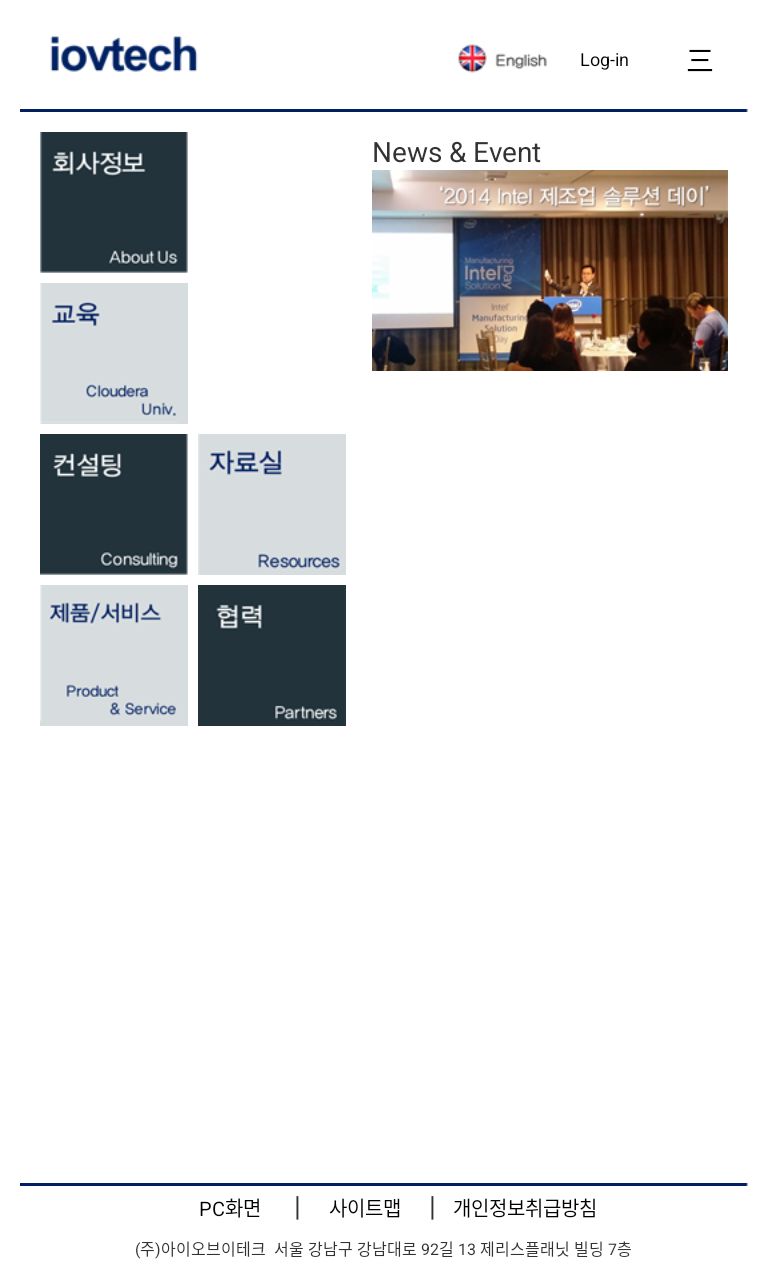
Repository: hyekkyung/CDH_Tutorials
Layout: Mobile_IOV/res/layout/test_page_0.xml
An editor plug-in stored every save of this project. The layout is shown before and after the next save, followed by the edit.
It is drawn on a 768 x 1280 px phone screen (xhdpi) without system bars, with theme AppTheme; the app's code is not run.

Above is the layout before, as saved 2015-02-02 06:24:18.

### Mobile_IOV/res/layout/test_page_0.xml
<?xml version="1.0" encoding="utf-8"?>
<RelativeLayout xmlns:android="http://schemas.android.com/apk/res/android"
    android:layout_width="match_parent"
    android:layout_height="match_parent"
    android:paddingLeft="10sp"
    android:paddingRight="10sp"
    android:paddingBottom="10sp"
    android:paddingTop="5sp" >

    <LinearLayout
        android:id="@+id/linearLayout1"
        android:layout_width="wrap_content"
        android:layout_height="wrap_content"
        android:layout_alignParentLeft="true"
        android:layout_alignParentRight="true"
        android:layout_alignParentTop="true" >

        <ImageButton
            style="?android:attr/buttonStyleSmall"
            android:layout_width="wrap_content"
            android:layout_height="wrap_content"
            android:background="#FFFFFF"
            android:src="@drawable/logo_03" />

        <ImageButton
       		android:id="@+id/kor_btn"
            style="?android:attr/buttonStyleSmall"
            android:layout_width="wrap_content"
            android:layout_height="wrap_content"
            android:background="#FFFFFF"
            android:layout_weight="0.5"
            android:layout_marginLeft="25sp"
            android:onClick="mOnclick" />

        <ImageView
       		android:id="@+id/lang_btn"
            android:layout_width="wrap_content"
            android:layout_height="wrap_content"
            android:background="@drawable/eng_btn"
            android:paddingLeft="3sp"
            android:onClick="mOnclick"
            android:layout_gravity="center" />

        <Button
            style="?android:attr/buttonStyleSmall"
            android:layout_width="wrap_content"
            android:layout_height="wrap_content"
            android:background="#FFFFFF"
            android:text="Log-in"
            android:textSize="9sp"
            android:layout_gravity="center" />

        <Button
            style="?android:attr/buttonStyleSmall"
            android:layout_width="wrap_content"
            android:layout_height="wrap_content"
            android:background="#FFFFFF"
            android:text="三"
            android:layout_gravity="center" />

    </LinearLayout>

    <ImageView
        android:id="@+id/imageView1"
        android:layout_width="wrap_content"
        android:layout_height="wrap_content"
        android:layout_below="@+id/linearLayout1"
        android:layout_centerHorizontal="true"
        android:src="@drawable/sep_line" />

    <TextView
        android:id="@+id/textView1"
        android:layout_width="wrap_content"
        android:layout_height="wrap_content"
        android:layout_alignParentBottom="true"
        android:layout_centerHorizontal="true"
        android:paddingTop="5sp"
        android:text="(주)아이오브이테크  서울 강남구 강남대로 92길 13 제리스플래닛 빌딩 7층"
        android:textSize="8sp" />

    <LinearLayout
        android:id="@+id/linearLayout2"
        android:layout_width="wrap_content"
        android:layout_height="wrap_content"
        android:layout_above="@+id/textView1"
        android:layout_centerHorizontal="true" >

        <Button
            android:id="@+id/button1"
            android:layout_width="wrap_content"
            android:layout_height="20sp"
            android:background="#FFFFFF"
            android:text=" PC화면 "
            android:textSize="10sp" />

        <TextView
            android:layout_width="wrap_content"
            android:layout_height="wrap_content"
            android:text="|"
            android:textAppearance="?android:attr/textAppearanceSmall" />

        <Button
            android:id="@+id/button2"
            android:layout_width="wrap_content"
            android:layout_height="20sp"
            android:background="#FFFFFF"
            android:text=" 사이트맵 "
            android:textSize="10sp" />

        <TextView
            android:layout_width="wrap_content"
            android:layout_height="wrap_content"
            android:text="| "
            android:textAppearance="?android:attr/textAppearanceSmall" />

        <Button
            android:id="@+id/button3"
            android:layout_width="wrap_content"
            android:layout_height="20sp"
            android:background="#FFFFFF"
            android:text="  개인정보취급방침 "
            android:textSize="10sp" />
    </LinearLayout>

    <ImageView
        android:id="@+id/imageView3"
        android:layout_width="wrap_content"
        android:layout_height="wrap_content"
        android:layout_above="@+id/linearLayout2"
        android:layout_alignLeft="@+id/imageView1"
        android:paddingTop="5sp"
        android:src="@drawable/sep_line" />

    <RelativeLayout
        android:layout_width="wrap_content"
        android:layout_height="wrap_content"
        android:layout_alignBottom="@+id/imageView3"
        android:layout_alignParentLeft="true"
        android:layout_alignRight="@+id/imageView3"
        android:layout_below="@+id/imageView1"
        android:paddingLeft="10sp"
        android:paddingRight="10sp"
        android:paddingTop="10sp"
        android:paddingBottom="10sp" >

        <ImageButton
            android:id="@+id/imageButton1"
            android:layout_width="wrap_content"
            android:layout_height="wrap_content"
            android:layout_alignParentRight="true"
            android:layout_below="@+id/textView2"
            android:src="@drawable/event_1"
            android:background="#FFFFFF" />

        <TextView
            android:id="@+id/textView2"
            android:layout_width="wrap_content"
            android:layout_height="wrap_content"
            android:layout_alignLeft="@+id/imageButton1"
            android:layout_alignParentTop="true"
            android:text="News &amp; Event"
            android:textAppearance="?android:attr/textAppearanceSmall" />

        <ImageButton
            android:id="@+id/imageButton2"
            android:layout_width="wrap_content"
            android:layout_height="wrap_content"
            android:layout_alignParentLeft="true"
            android:layout_alignTop="@+id/textView2"
            android:background="#FFFFFF"
            android:src="@drawable/icon_info" />

        <ImageButton
            android:id="@+id/imageButton3"
            android:layout_width="wrap_content"
            android:layout_height="wrap_content"
            android:layout_alignParentLeft="true"
            android:layout_below="@+id/imageButton2"
            android:src="@drawable/icon_edu"
            android:background="#FFFFFF"
            android:paddingTop="5sp" />

        <ImageButton
            android:id="@+id/imageButton4"
            android:layout_width="wrap_content"
            android:layout_height="wrap_content"
            android:layout_alignParentLeft="true"
            android:layout_below="@+id/imageButton3"
            android:src="@drawable/icon_consult"
            android:background="#FFFFFF"
            android:paddingTop="5sp" />

        <ImageButton
            android:id="@+id/imageButton5"
            android:layout_width="wrap_content"
            android:layout_height="wrap_content"
            android:layout_alignParentLeft="true"
            android:layout_below="@+id/imageButton4"
            android:src="@drawable/icon_product"
            android:background="#FFFFFF"
            android:paddingTop="5sp" />

        <ImageButton
            android:id="@+id/imageButton6"
            android:layout_width="wrap_content"
            android:layout_height="wrap_content"
            android:layout_alignTop="@+id/imageButton4"
            android:layout_toRightOf="@+id/imageButton4"
            android:src="@drawable/icon_resource"
            android:background="#FFFFFF"
            android:paddingTop="5sp"
            android:paddingLeft="5sp" />

        <ImageButton
            android:id="@+id/imageButton7"
            android:layout_width="wrap_content"
            android:layout_height="wrap_content"
            android:layout_alignLeft="@+id/imageButton6"
            android:layout_alignTop="@+id/imageButton5"
            android:src="@drawable/icon_partner"
            android:background="#FFFFFF"
            android:paddingTop="5sp"
            android:paddingLeft="5sp" />

    </RelativeLayout>

</RelativeLayout>

Loaded but not shown: Mobile_IOV/res/values/styles.xml (common file); Mobile_IOV/res/values-v11/styles.xml (common file); Mobile_IOV/res/values-v14/styles.xml (common file)

After the next save:
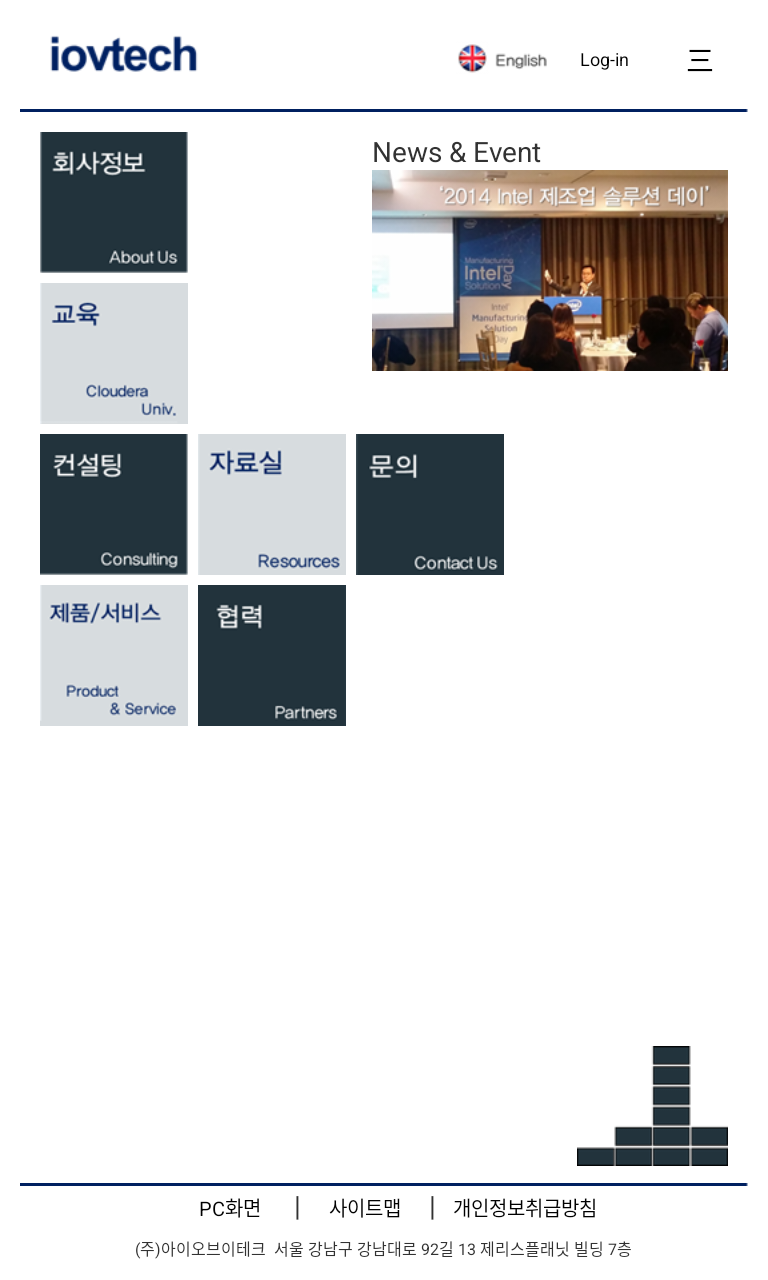
Saved 42 s later.
--- a/Mobile_IOV/res/layout/test_page_0.xml
+++ b/Mobile_IOV/res/layout/test_page_0.xml
@@ -222,6 +222,25 @@
             android:paddingTop="5sp"
             android:paddingLeft="5sp" />
 
+        <ImageButton
+            android:id="@+id/imageButton8"
+            android:layout_width="wrap_content"
+            android:layout_height="wrap_content"
+            android:layout_alignTop="@+id/imageButton6"
+            android:layout_toRightOf="@+id/imageButton6"
+            android:src="@drawable/icon_contact"
+            android:background="#FFFFFF"
+            android:paddingTop="5sp"
+            android:paddingLeft="5sp" />
+
+        <ImageView
+            android:id="@+id/imageView2"
+            android:layout_width="wrap_content"
+            android:layout_height="wrap_content"
+            android:layout_alignParentBottom="true"
+            android:layout_alignRight="@+id/imageButton1"
+            android:src="@drawable/logo_graph" />
+
     </RelativeLayout>
 
 </RelativeLayout>
